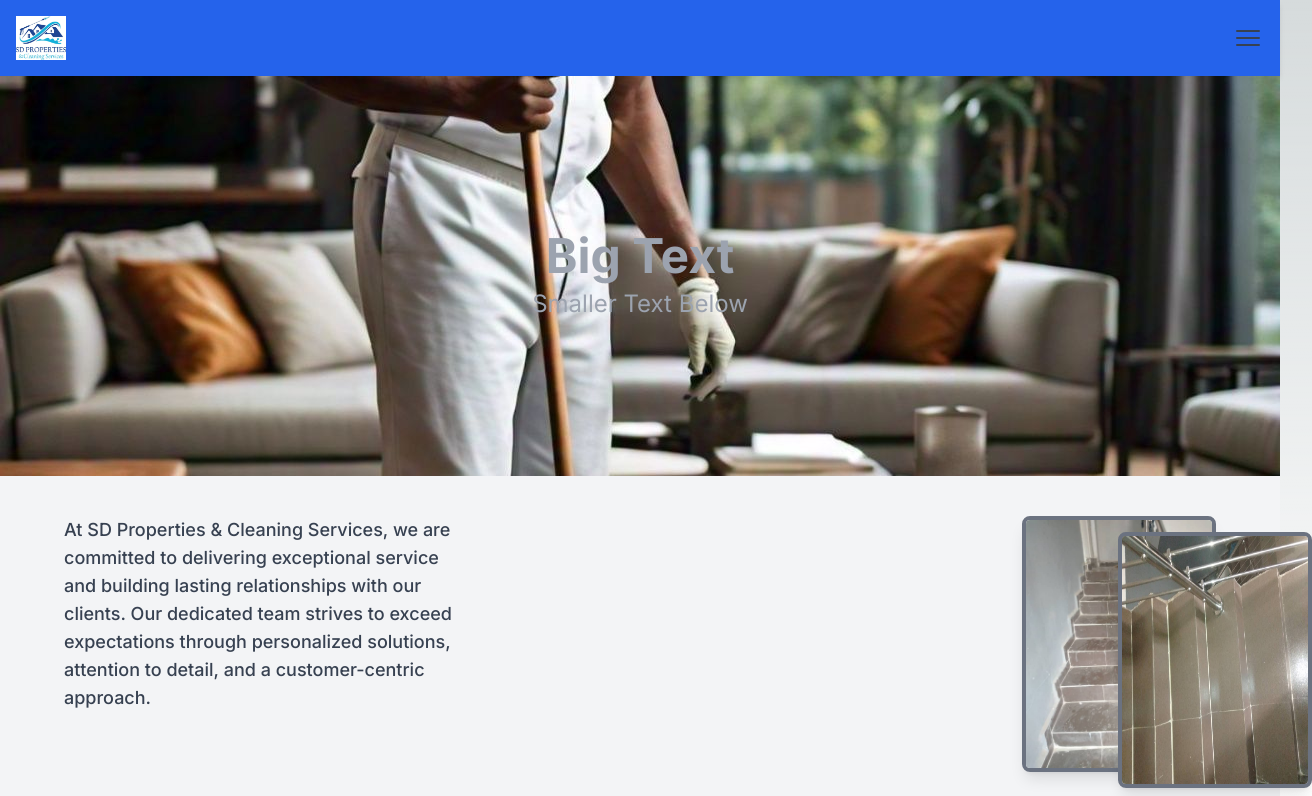
Repository: devmskhan/sdpropandclean
Page: /
The author's editor kept a copy of each file at every save. The page is drawn from the files as they stood at one save, then again after the next save.
The browser window is 1280 px wide. The page is 1312 px wide, then 1280 px, so the pictures cover 1312 px, including what lies to the right of the window. The pictures show the whole page.
The project was rebuilt for these pictures with package versions that can differ from the ones it lists, and the page was loaded fresh each time. The framework's server and built-in components were replaced by stand-ins that run in the browser. Also part of the build but not shown: next.config.mjs.

Above is the page before, as saved 2024-09-03 12:28:12.

After the next save:
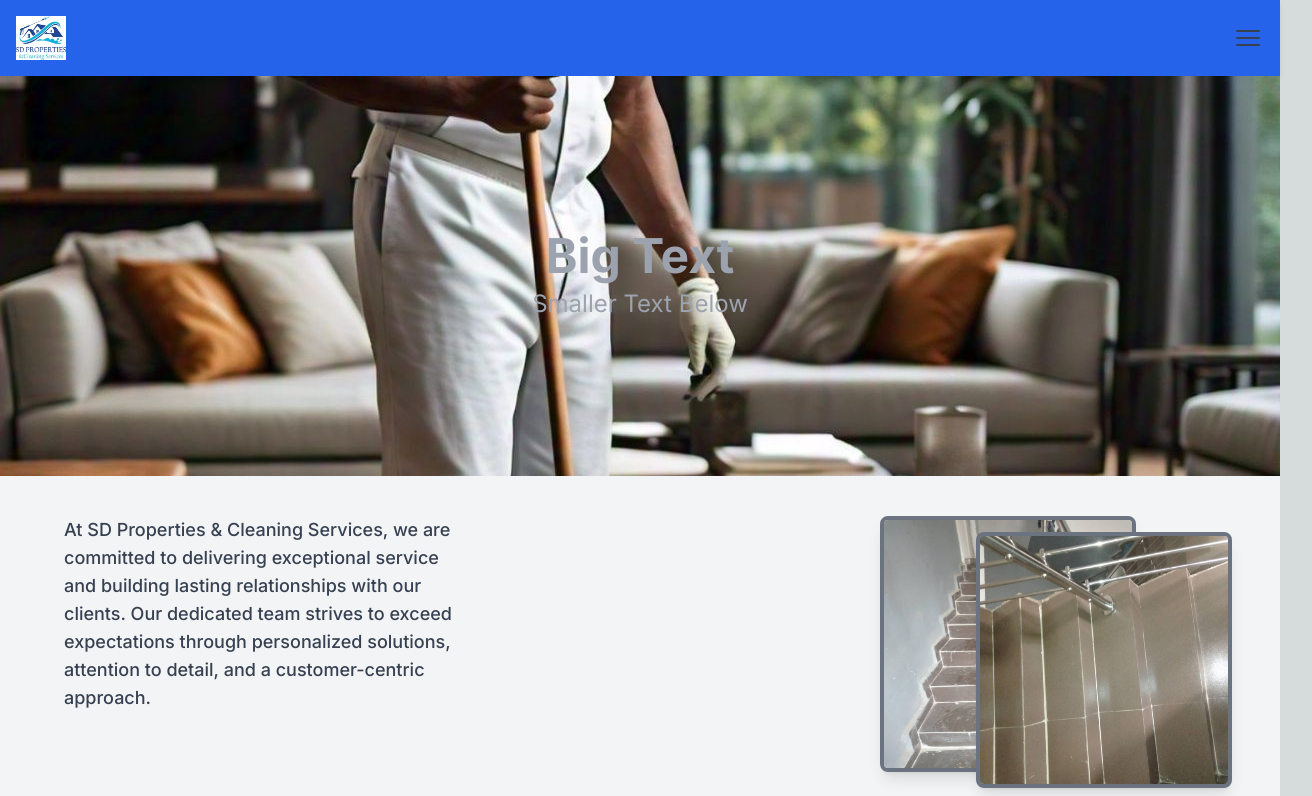
Saved 21 s later.
--- a/components/Body.tsx
+++ b/components/Body.tsx
@@ -29,7 +29,7 @@ function Body() {
     </p>
   </div>
   <div className="relative mt-4 mr-10">
-  <img src="stairsb.jpg" alt="Top Image" className="mr-20w-64 h-64 rounded-lg shadow-lg border-gray-500 border-solid border-4" />
+  <img src="stairsb.jpg" alt="Top Image" className="mr-20 w-64 h-64 rounded-lg shadow-lg border-gray-500 border-solid border-4" />
   <img src="stairsaft.jpg" alt="Bottom Image" className="mt-32 ml-20 absolute bottom-0 left-0 w-64 h-64 rounded-lg shadow-lg transform translate-x-4 translate-y-4 border-gray-500 border-solid border-4" />
   </div>
 </div>
